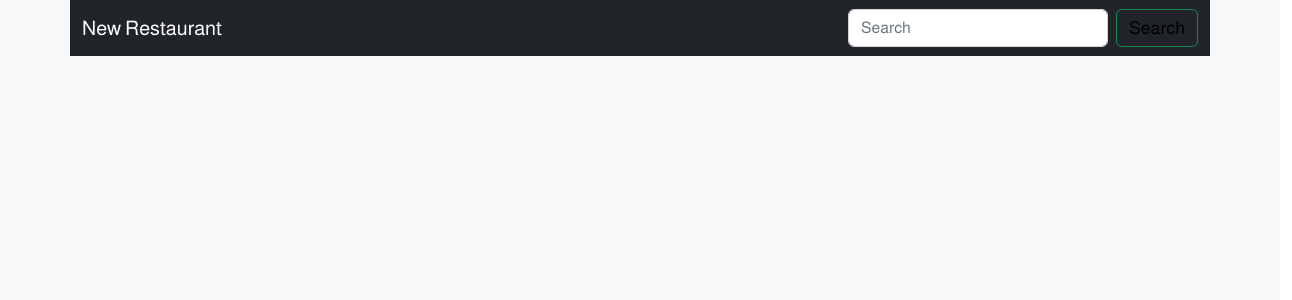
Repository: SD-Mdouka/react-table
Page: /
These files come from the project's save history. The page is drawn as it stood at one moment and after the next save; the edit follows.
The browser window is 1280 px wide. The page is 1280 px wide, then 1292 px, so the pictures cover 1292 px, including what lies to the right of the window. The pictures show the whole page.
The project was rebuilt for these pictures with package versions that can differ from the ones it lists, and the page was loaded fresh each time.

Above is the page before, as saved 2022-10-06 15:42:31.

After the next save:
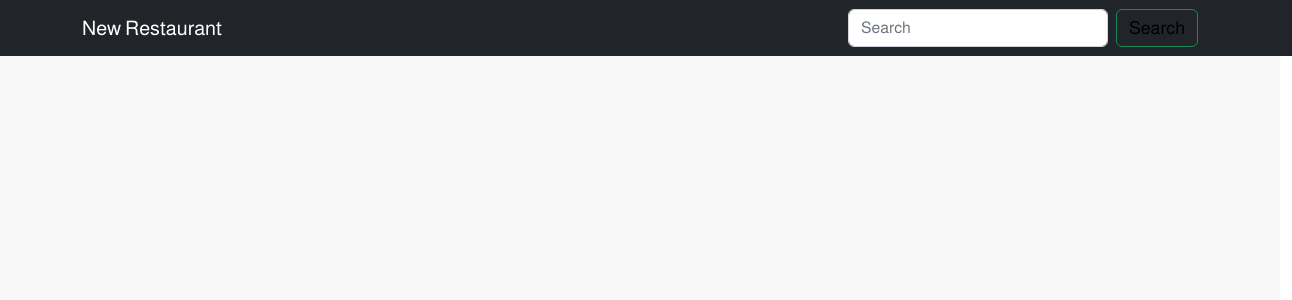
Saved 99 s later.
--- a/src/App.tsx
+++ b/src/App.tsx
@@ -6,9 +6,8 @@ import NavBar from "./components/Navbar";
 const App = () => {
   return (
     <div className="color-body font">
-      <Container>
-        <NavBar />
-      </Container>
+      <NavBar />
+      <Container></Container>
     </div>
   );
 };
